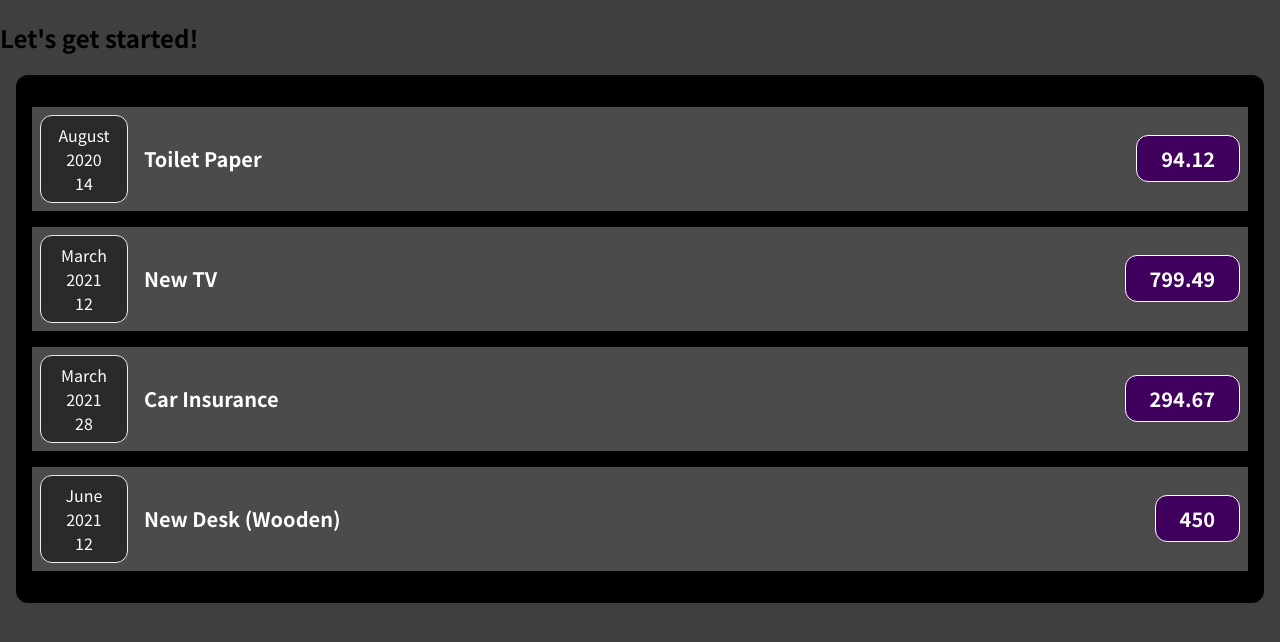
Repository: kowalkos/react-course-first
Page: /
An editor plug-in stored every save of this project. The page is shown before and after the next save, followed by the edit.
The browser window is 1280 px wide. The pictures show the whole page.
The project was rebuilt for these pictures with package versions that can differ from the ones it lists, and the page was loaded fresh each time.

Above is the page before, as saved 2021-11-27 18:04:45.

### src/App.js
import Expenses from "./components/Expenses";
function App() {
  const expenses = [
    {
      id: "e1",
      title: "Toilet Paper",
      amount: 94.12,
      date: new Date(2020, 7, 14),
    },
    { id: "e2", title: "New TV", amount: 799.49, date: new Date(2021, 2, 12) },
    {
      id: "e3",
      title: "Car Insurance",
      amount: 294.67,
      date: new Date(2021, 2, 28),
    },
    {
      id: "e4",
      title: "New Desk (Wooden)",
      amount: 450,
      date: new Date(2021, 5, 12),
    },
  ];
  return (
    <div>
      <h2>Let's get started!</h2>
      <Expenses data={expenses} />
    </div>
  );
}

export default App;

### src/components/Expenses.js
import ExpenseItem from "./ExpenseItem";
import "./Expenses.css";
function Expenses(props) {
  return (
    <div className="expenses">
      {props.data.map((item) => (
        <ExpenseItem title={item.title} date={item.date} amount={item.amount} />
      ))}
    </div>
  );
}
export default Expenses;

### src/components/ExpenseItem.js
import "./ExpenseItem.css";
import ExpenseDate from "./ExpenseDate";
function ExpenseItem(props) {
  return (
    <div className="expense-item">
      <ExpenseDate date={props.date}/>
      <div className="expense-item__description">
        <h2>{props.title}</h2>
        <div className="expense-item__price">{props.amount}</div>
      </div>
    </div>
  );
}
export default ExpenseItem;

### src/components/Expenses.css
.expenses{
    background-color: black;
    padding: 1rem;
    border-radius: 12px;
    margin: 1rem;
}

### src/components/Expenses/ExpenseItem.css
.expense-item {
    display: flex;
    justify-content: space-between;
    align-items: center;
    padding: 0.5rem;
    margin: 1rem 0;
    background-color: #4b4b4b;
  }

  .expense-item__description {
    display: flex;
    flex-direction: column;
    gap: 1rem;
    align-items: flex-end;
    flex-flow: column-reverse;
    justify-content: flex-start;
    flex: 1;
  }

  .expense-item h2 {
    color: #3a3a3a;
    font-size: 1rem;
    flex: 1;
    margin: 0 1rem;
    color: white;
  }

  .expense-item__price {
    font-size: 1rem;
    font-weight: bold;
    color: white;
    background-color: #40005d;
    border: 1px solid white;
    padding: 0.5rem;
    border-radius: 12px;
  }

  @media (min-width: 580px) {
    .expense-item__description {
      flex-direction: row;
      align-items: center;
      justify-content: flex-start;
      flex: 1;
    }

    .expense-item__description h2 {
      font-size: 1.25rem;
    }

    .expense-item__price {
      font-size: 1.25rem;
      padding: 0.5rem 1.5rem;
    }
  }

### src/components/ExpenseDate.js
import './ExpenseDate.css';
function ExpenseDate(props) {
  const month = props.date.toLocaleString("en-US", { month: "long" });
  const day = props.date.toLocaleString("en-US", { day: "2-digit" });
  const year = props.date.getFullYear();
  return (
    <div className="expense-date">
      <div className="expense-date-month">{month}</div>
      <div className="expense-date-year">{year}</div>
      <div className="expense-date-day">{day}</div>
    </div>
  );
}
export default ExpenseDate;

Loaded but not shown: public/index.html (common file); src/index.js (common file); src/index.css (common file); src/reportWebVitals.js (common file); src/components/ExpenseDate.css (common file)

After the next save:
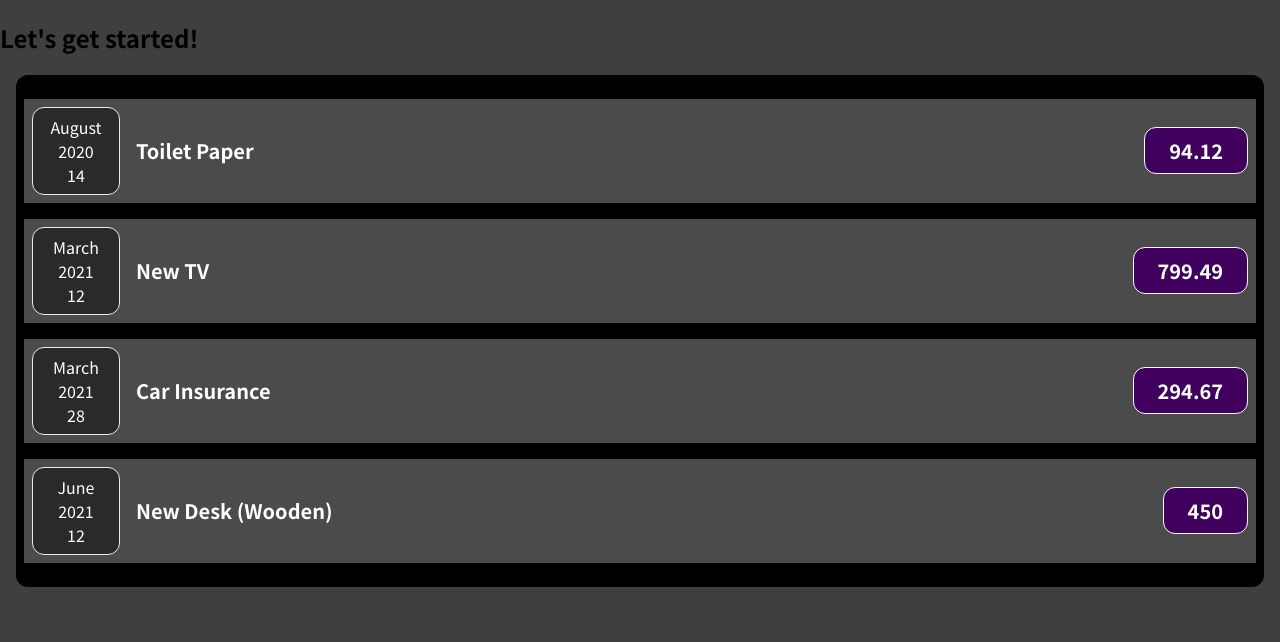
Saved 6 s later.
--- a/src/components/Expenses.css
+++ b/src/components/Expenses.css
@@ -1,6 +1,6 @@
 .expenses{
     background-color: black;
-    padding: 1rem;
+    padding: 0.5rem;
     border-radius: 12px;
     margin: 1rem;
 }
